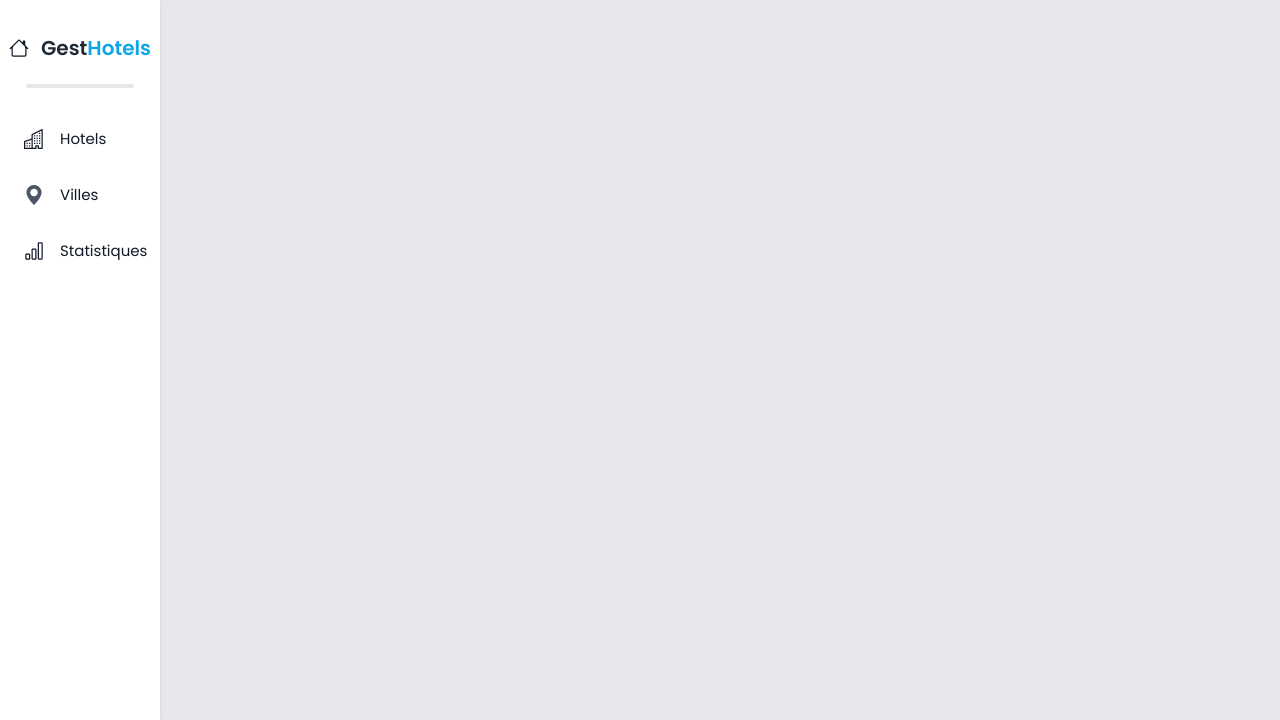
Repository: yahyamourid/GestHotelsEJB
Page: http://localhost/ISICEJBWeb/sidBar.jsp
The author's editor kept a copy of each file at every save. The page is drawn from the files as they stood at one save, then again after the next save.
The browser window is 1280 px wide. The pictures show the whole page.
Some web libraries are served in a nearby version. The page is served by Tomcat 10. Nobody is signed in. The application's start-up code is not run.

Above is the page before, as saved 2023-12-01 15:53:11.
Console error: TypeError: Cannot read properties of null (reading 'classList')

After the next save:
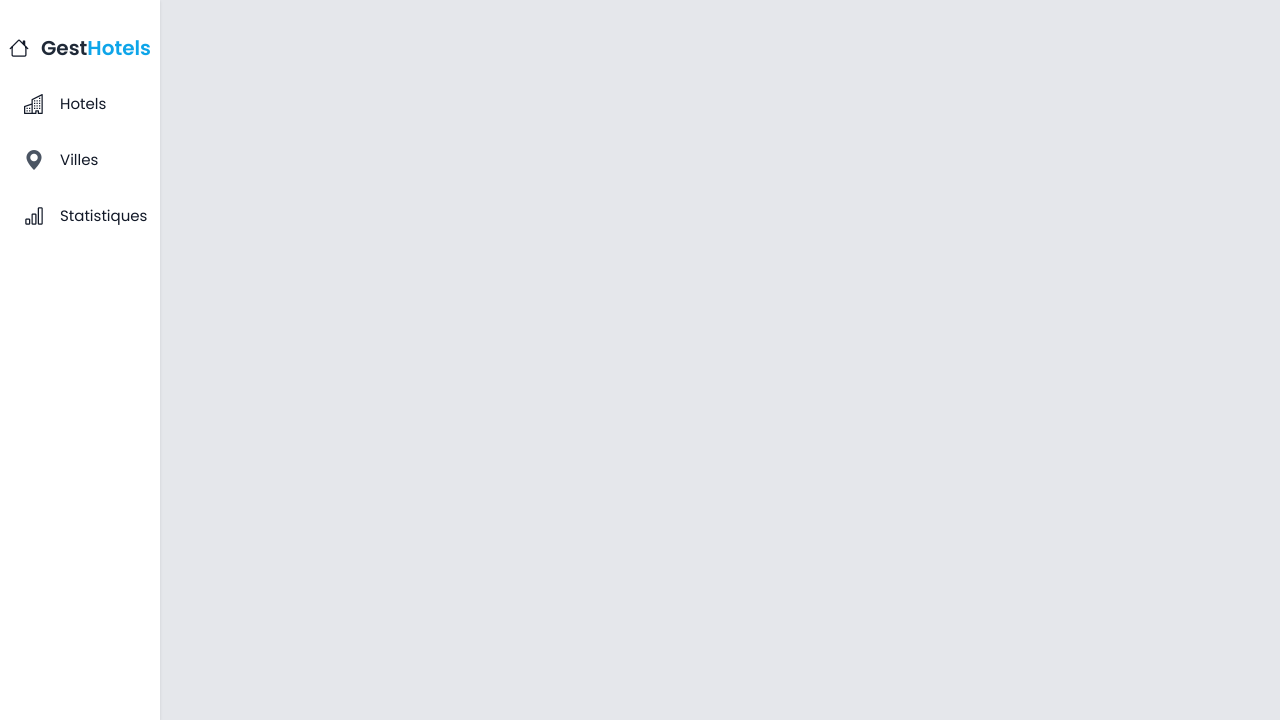
Saved 11 s later.
--- a/ISICEJBWeb/src/main/webapp/sidBar.jsp
+++ b/ISICEJBWeb/src/main/webapp/sidBar.jsp
@@ -42,7 +42,7 @@
                     <i class="bi bi-house text-gray-900"></i>
                     <h1 class="ml-3 text-xl text-sky-500 font-semibold"><span class="text-gray-800">Gest</span>Hotels</h1>
                 </div>
-                <hr class="my-3 text-white w-3/4 inline-block border-2 rounded">
+
 
                 <div >
 

After the save that followed:
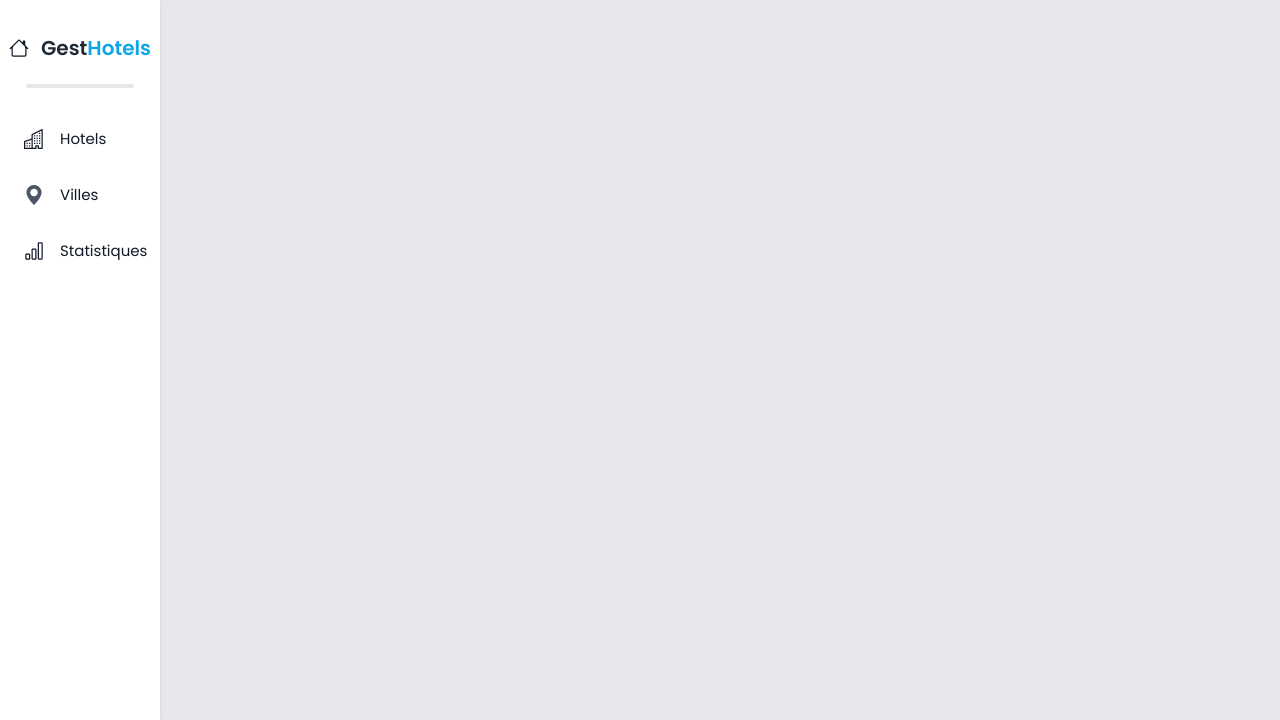
Saved 20 s later.
--- a/ISICEJBWeb/src/main/webapp/sidBar.jsp
+++ b/ISICEJBWeb/src/main/webapp/sidBar.jsp
@@ -42,7 +42,7 @@
                     <i class="bi bi-house text-gray-900"></i>
                     <h1 class="ml-3 text-xl text-sky-500 font-semibold"><span class="text-gray-800">Gest</span>Hotels</h1>
                 </div>
-
+                <hr class="my-3 bg-gray-800 w-3/4 inline-block border-2 rounded">
 
                 <div >
 
